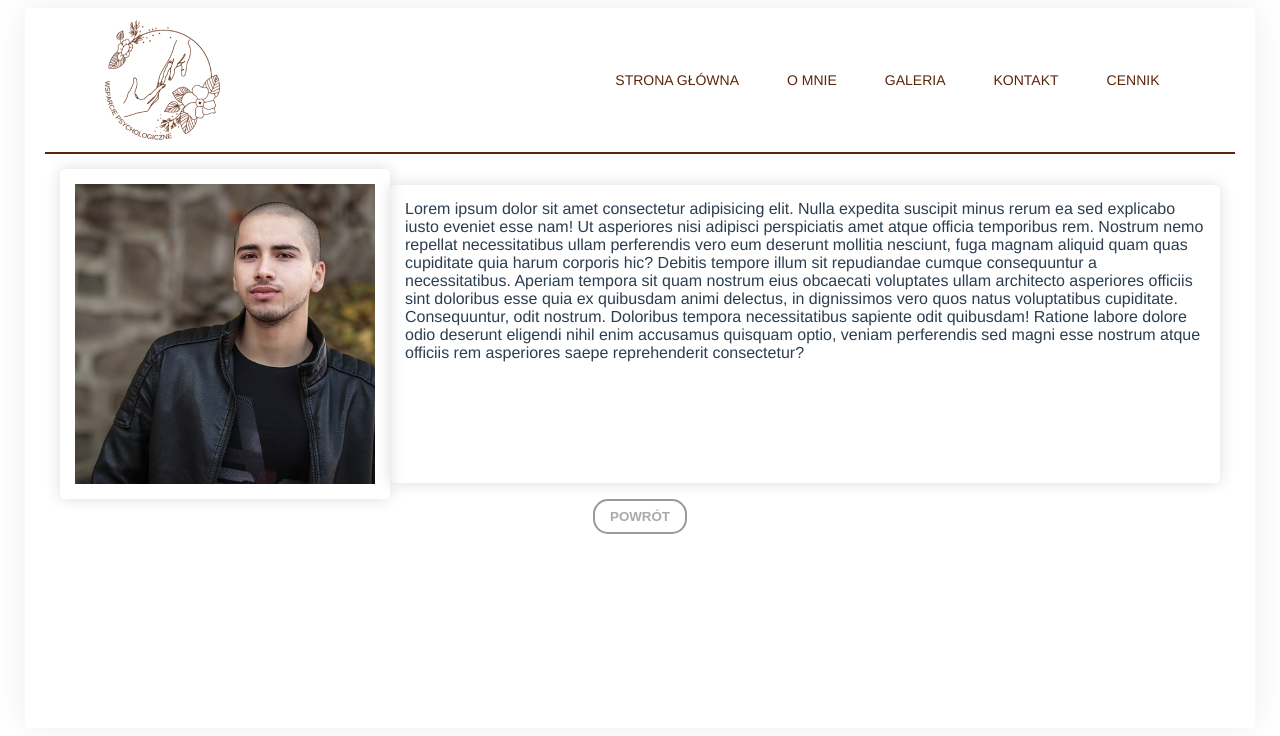
Repository: Kondzioor/szczepan-page
Page: /about
The author's editor kept a copy of each file at every save. The page is drawn from the files as they stood at one save, then again after the next save.
The browser window is 1280 px wide. The pictures show the whole page.
Some web libraries are served in a nearby version. The project was rebuilt for these pictures with package versions that can differ from the ones it lists, and the page was loaded fresh each time. Also part of the build but not shown: src/views/Home.vue.

Above is the page before, as saved 2022-04-12 14:43:26.

### public/index.html
<!DOCTYPE html>
<html lang="">
  <head>
    <meta charset="utf-8">
    <meta http-equiv="X-UA-Compatible" content="IE=edge">
    <meta name="viewport" content="width=device-width,initial-scale=1.0">
    <link rel="icon" href="<%= BASE_URL %>favicon.ico">
    <title><%= htmlWebpackPlugin.options.title %></title>
    <script src="https://kit.fontawesome.com/c0ecb9f799.js" crossorigin="anonymous"></script>
  </head>
  <body>
    <noscript>
      <strong>We're sorry but <%= htmlWebpackPlugin.options.title %> doesn't work properly without JavaScript enabled. Please enable it to continue.</strong>
    </noscript>
    <div id="app"></div>
    <!-- built files will be auto injected -->
  </body>
</html>

### src/App.vue
<template>
 <div class="app">
   <Navbar />
   <router-view></router-view>
 </div>
</template>
<script>
import Navbar from './components/Navbar.vue'
export default {
  components:{
    Navbar,
  }
}
</script>

<style lang="scss">
.app {
  font-family: Avenir, Helvetica, Arial, sans-serif;
  -webkit-font-smoothing: antialiased;
  -moz-osx-font-smoothing: grayscale;
  color: #2c3e50;
  width: 100%;
  box-sizing: border-box;
  max-width:  1230px;
  min-height: 100vh;
  margin: 0 auto;
  padding: 0 20px;
  box-shadow: 0 0 35px #eee ;
}
a{
  text-decoration: none;
}
ul li{
  list-style: none;
}
button{
  border: none;
  outline: none;
  background: transparent;
  cursor: pointer;
}
</style>

### src/router/index.js
import { createRouter, createWebHistory } from 'vue-router'
import Home from '../views/Home.vue'
import AboutUs from '../views/AboutUs.vue'

const routes = [
  {
    path: '/',
    name: 'Home',
    component: Home
  },
  {
    path: '/about',
    name: 'AboutUs',
    component: AboutUs
  }
]

const router = createRouter({
  history: createWebHistory(process.env.BASE_URL),
  routes
})

export default router

### src/components/Navbar.vue
<template>
    <div class="header">
        <nav>
            <div class="branding">
                <img class="logo" src="../assets/logo/logo.png" alt="">
            </div>
            <ul v-if="!mobile" class="navigation">
                <li ><a class="link" href="#" @click="homePush">Strona główna</a></li>
                <li ><a class="link" href="#" @click="aboutUsPush">O mnie</a></li>
                <li ><a class="link" href="#">Galeria</a></li>
                <li ><a class="link" href="#">Kontakt</a></li>
                <li ><a class="link" href="#">Cennik</a></li>
            </ul>

            <div class="icon">
                <i @click="toggleMobileNav" v-show="mobile" class="fas fa-bars" :class="{'icon-active': mobileNav}"></i>
            </div>
            <transition name="mobile-nav">
                <ul v-if="mobileNav" class="dropdown-nav">
                <li ><a class="link" href="#" @click="homePush">Strona główna</a></li>
                <li ><a class="link" href="#" @click="aboutUsPush">O mnie</a></li>
                <li ><a class="link" href="#">Galeria</a></li>
                <li ><a class="link" href="#">Kontakt</a></li>
                <li ><a class="link" href="#">Cennik</a></li>
                </ul>
            </transition>
        </nav>
    </div>
</template>
<script>
import { useRouter } from "vue-router";
export default {

    data(){
        return{
            router: useRouter(),
            mobile: null,
            mobileNav: null,
            windowWidth: null,
        }
    },
    computed:{

  },
  methods:{
    toggleMobileNav(){
        this.mobileNav = !this.mobileNav
    },
    homePush(){
        this.router.push('/')
    },
    aboutUsPush(){
      this.router.push('/about')
    },

    checkScreen(){
        this.windowWidth = window.innerWidth;
        if(this.windowWidth <= 920){
            this.mobile = true
            return
        }
        this.mobile = false;
        this.mobileNav = false;
        return
    },
  },
  created(){
      window.addEventListener('resize',this.checkScreen);
      this.checkScreen();
  },
}
</script>
<style scoped>
.header{
    max-width:  1230px;
    background-color: white;
    width: 100%;
    border-bottom: 2px solid #5b250a;
    position: relative;
    transition: 0.5s ease all;
    color: #5b250a;
}
.logo{
    cursor: pointer;
}
nav{
    display: flex;
    flex-direction: row;
    padding: 12px 0;
    transition: .5s ease all;
    width:90%;
    margin: 0 auto;
    align-items: center;
}
ul,
.link {
    font-weight: 500;
    color: #5b250a;
    list-style: none;
    text-decoration: none;
}
li{
    text-transform: uppercase;
    padding: 16px;
    margin-left: 16px;
}
.link{
    font-size: 14px;
    transition: .5s ease all;
    padding-bottom: 4px;
    border-bottom: 1px solid transparent;
}
.link:hover{
    color: rgb(81,167,38);
    border-color: rgb(81,167,38);

}
.branding{

    display: flex;
    align-items: center;

}
.branding img{
    width:100%;
    transition: .5s ease all;
}
.navigation{
    display:flex;
    align-items: center;
    flex:1;
    justify-content: flex-end;
}
.icon{
    display: flex;
    align-items: center;
    position: absolute;
    top:0;
    right: 24px;
    height: 100%;
    z-index: 100;
}
i{
    cursor: pointer;
    font-size: 24px;
    transition: .8s ease all;
    margin-right: 40px;
}
.icon-active{
    transform: rotate(180deg);
}
.dropdown-nav{
    display: flex;
    flex-direction: column;
    position: fixed;
    width: 100%;
    max-width: 250px;
    height: 100%;
    background-color: #fff;
    top: 0;
    left: 0;
    z-index: 99;
}
.dropdown-nav li{
    margin-left: 0;

}
.mobile-nav-enter-active,
.mobile-nav-leave-active{
    transition: 1s ease all;
}
.mobile-nav-enter-from,
.mobile-nav-leave-to{
    transform: translateX(-250px)
}
.mobile-nav-enter-to{
    transform: translateX(0)
}

@media (max-width: 420px){
  i{
      margin-right: 10px;
  }
}
@media (max-width: 500px){
  i{
      margin-right: 5px;
  }
}
</style>

### src/views/AboutUs.vue
<template>
<div class="container">
        <section>
            <img src="../assets/boy.jpg" alt="">
            <p class="text">Lorem ipsum dolor sit amet consectetur adipisicing elit. Nulla expedita suscipit minus rerum ea sed explicabo iusto eveniet esse nam! Ut asperiores nisi adipisci perspiciatis amet atque officia temporibus rem.
            Nostrum nemo repellat necessitatibus ullam perferendis vero eum deserunt mollitia nesciunt, fuga magnam aliquid quam quas cupiditate quia harum corporis hic? Debitis tempore illum sit repudiandae cumque consequuntur a necessitatibus.
            Aperiam tempora sit quam nostrum eius obcaecati voluptates ullam architecto asperiores officiis sint doloribus esse quia ex quibusdam animi delectus, in dignissimos vero quos natus voluptatibus cupiditate. Consequuntur, odit nostrum.
            Doloribus tempora necessitatibus sapiente odit quibusdam! Ratione labore dolore odio deserunt eligendi nihil enim accusamus quisquam optio, veniam perferendis sed magni esse nostrum atque officiis rem asperiores saepe reprehenderit consectetur?</p>
        </section>
        <button @click="homePush">Powrót</button>
    </div>
</template>
<script>
import { useRouter } from "vue-router";
export default {
    data(){
        return{
             router: useRouter(),
        }
    },
    methods:{
        homePush(){
            this.router.push('/')
        }
    }
}
</script>
<style scoped>

.container{
    display: flex;
    align-items: center;
    justify-content: center;
    border-radius: 50px;
    margin: 15px 15px;
    flex-direction: column;
}
section{
    display: flex;


}

img{
    width: 300px;
    height: 300px;
    padding: 15px;
    box-shadow: 0 0 15px #ddd;
    border-radius: 5px;
    display: block;
    object-fit: cover;
    border-radius: 5px;
}
.text{
    padding: 15px;
    box-shadow: 0 0 15px #ddd;
    border-radius: 5px;
    display: block;
    object-fit: cover;
    border-radius: 5px;

}
button{
    border: 2px solid #999;
    color: #aaa;
    border-radius: 15px;
    padding: 8px 15px;
    text-transform: uppercase;
    font-weight: 600;

}
button:hover{
    color: rgb(81,167,38);
    border-color: rgb(81,167,38);
}
@media (max-width: 720px){
    .inner-container{
    padding: 80px 50px;
    }
}
@media (max-width: 500px){
    .inner-container{
    padding: 50px 20px;
    }
}
</style>

Loaded but not shown: src/main.js (common file); src/store/index.js (common file)

After the next save:
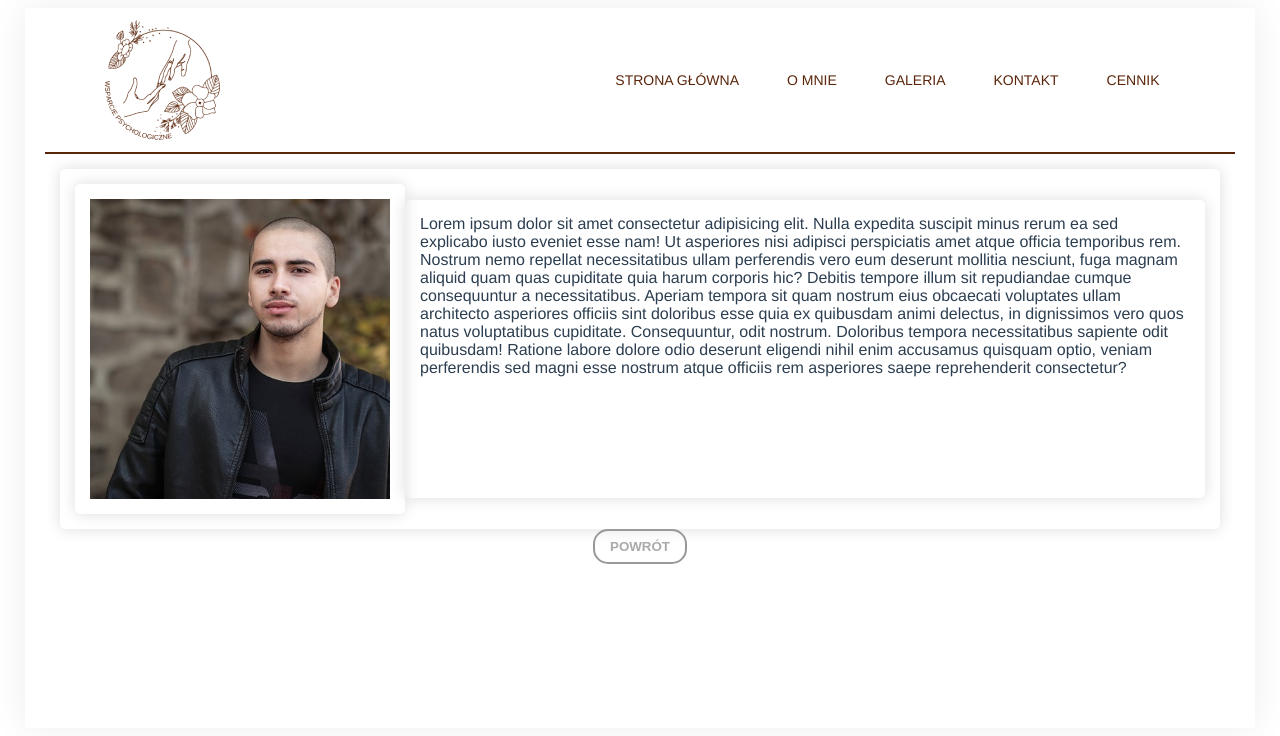
Saved 24 s later.
--- a/src/views/AboutUs.vue
+++ b/src/views/AboutUs.vue
@@ -37,7 +37,9 @@
 }
 section{
     display: flex;
-
+    padding: 15px;
+    box-shadow: 0 0 15px #ddd;
+    border-radius: 5px;
 
 }
 
